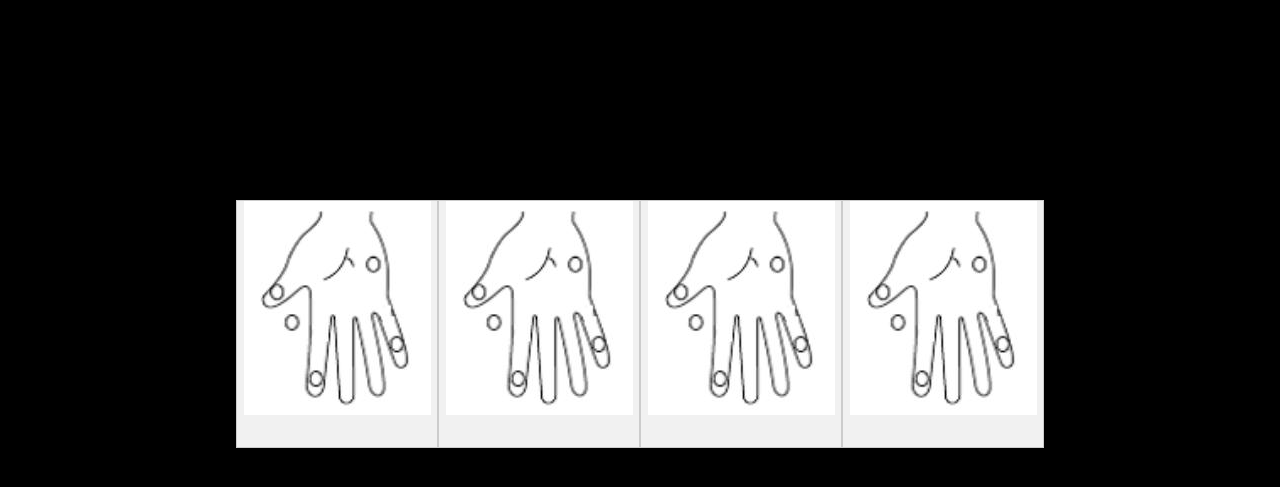
Repository: amdreew/graficosLepra
Page: inddex.html
The author's editor kept a copy of each file at every save. The page is drawn from the files as they stood at one save, then again after the next save.
The browser window is 1280 px wide. The pictures show the whole page.

Above is the page before, as saved 2020-10-22 11:51:39.

After the next save:
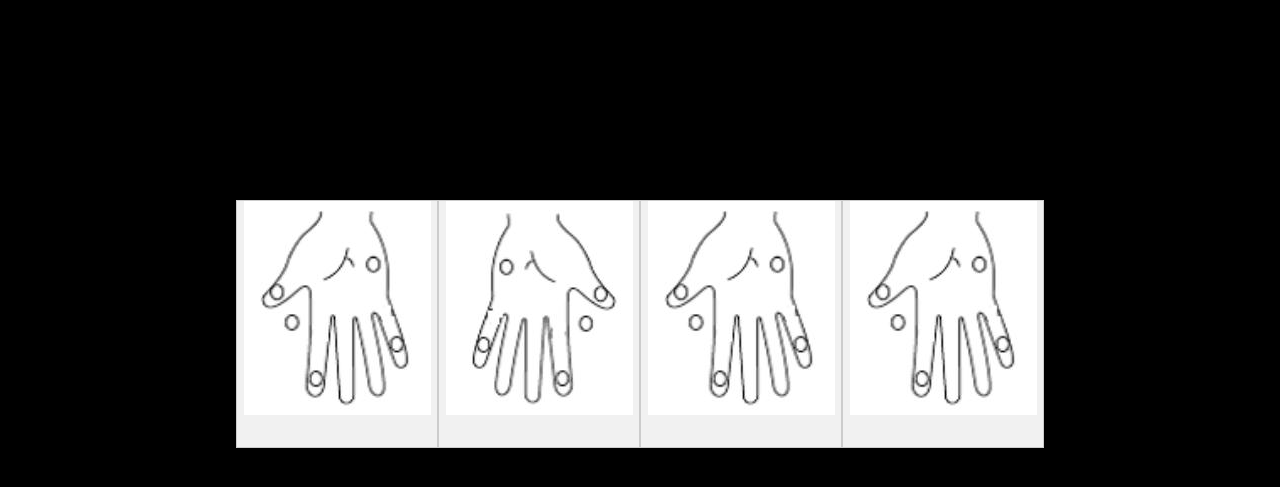
Saved 4 min 9 s later.
--- a/inddex.html
+++ b/inddex.html
@@ -19,13 +19,13 @@
             </map>
         </div>
         <div class="img-tanner item-img">
-            <img src="img/manoDer.png" usemap="#image-map">
+            <img src="img/manoIzq.png" usemap="#image-map">
             <map name="image-map">
-                <area target="" alt="1" title="1" href="#" coords="33,92,10" shape="circle">
-                <area target="" alt="2" title="2" href="#" coords="129,63,10" shape="circle">
-                <area target="" alt="3" title="3" href="#" coords="72,178,10" shape="circle">
-                <area target="" alt="4" title="4" href="#" coords="154,143,10" shape="circle">
-                <area target="" alt="5" title="5" href="#" coords="48,120,10" shape="circle">
+                <area target="" alt="1" title="1" href="#" coords="60,66,NaN" shape="circle">
+                <area target="" alt="2" title="2" href="#" coords="155,93,10" shape="circle">
+                <area target="" alt="3" title="3" href="#" coords="140,122,10" shape="circle">
+                <area target="" alt="4" title="4" href="#" coords="117,179,10" shape="circle">
+                <area target="" alt="5" title="5" href="#" coords="37,144,10" shape="circle">
             </map>
         </div>
         <div class="img-tanner item-img">
